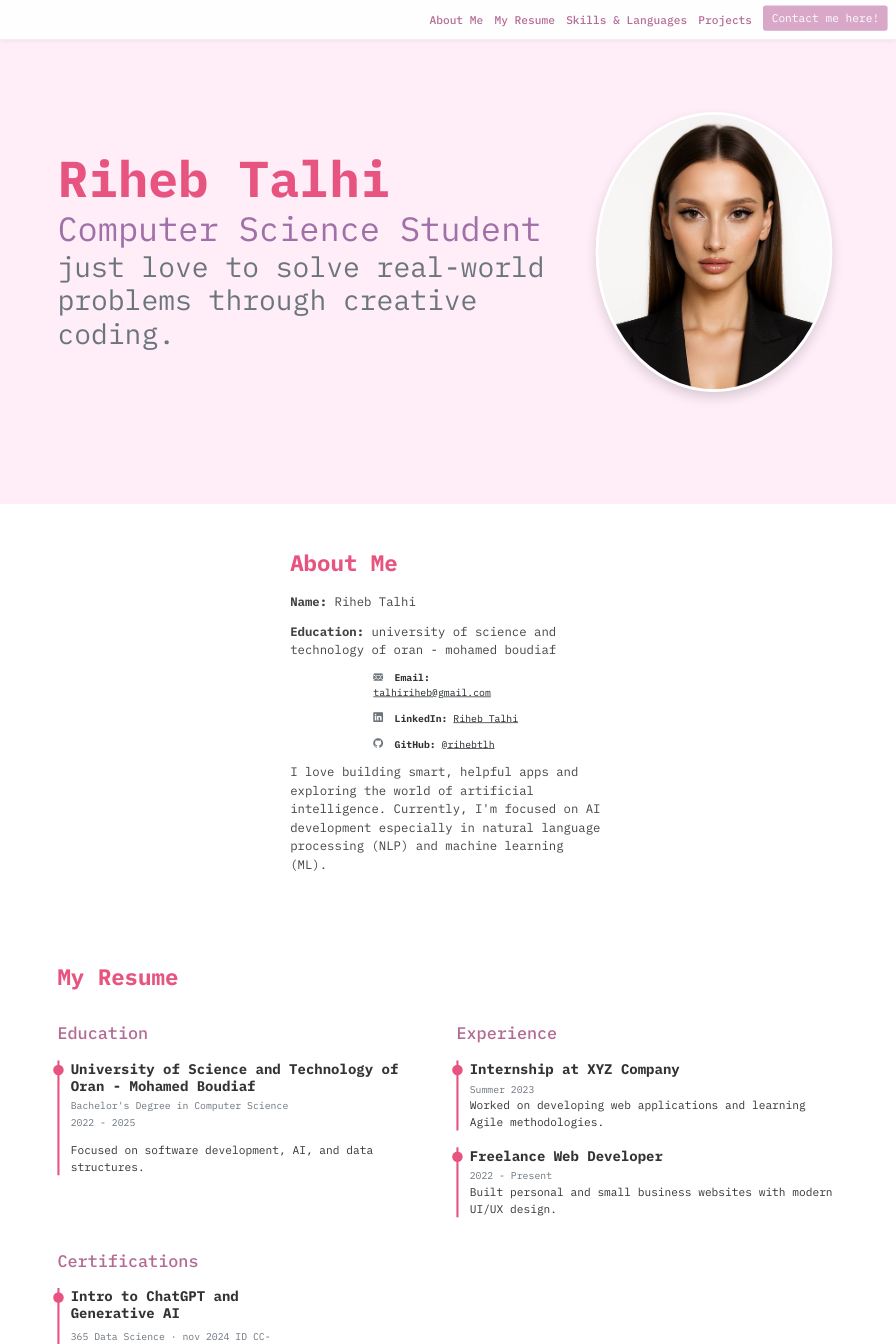
Repository: rihebtlh/portfolio
Page: new.html
The author's editor kept a copy of each file at every save. The page is drawn from the files as they stood at one save, then again after a run of saves.
The browser window is 1280 px wide. The pictures show the part of the page from y = 0 to 1920 px (the page is 4337 px tall before and 4545 px after), at 70% of full size.

Above is the page before, as saved 2025-07-02 17:42:56.

### new.html
<!DOCTYPE html>
<html lang="en">
<head>
  <meta charset="UTF-8" />
  <meta name="viewport" content="width=device-width, initial-scale=1.0" />
  <title>Riheb Talhi Portfolio</title>
  <link href="https://cdn.jsdelivr.net/npm/bootstrap@5.0.2/dist/css/bootstrap.min.css" rel="stylesheet" />
  <script src="https://cdn.jsdelivr.net/npm/bootstrap@5.0.2/dist/js/bootstrap.bundle.min.js"></script>
  <link rel="stylesheet" href="https://cdn.jsdelivr.net/npm/bootstrap-icons@1.10.5/font/bootstrap-icons.css">
  <link href="https://fonts.googleapis.com/css2?family=IBM+Plex+Mono:wght@400;500;700&display=swap" rel="stylesheet">

  <style>
    body {
      font-family: 'IBM Plex Mono', monospace;
      color: #333;
      background: #fff;
    }

    .navbar {
      background: rgba(255, 255, 255, 0.9);
      box-shadow: 0 4px 6px rgba(0, 0, 0, 0.05);
    }

    .navbar-nav .nav-link {
      color: #b36b94 !important;
      font-weight: 500;
    }

    .navbar-nav .nav-link:hover {
      color: #e75480 !important;
    }

    .btn-secondary {
      background-color: #d9a7c7;
      border: none;
    }

    .btn-secondary:hover {
      background-color: #e2b8d3;
    }

    h1, h2 {
      font-weight: 700;
    }

    .display-2 {
      color: #e75480;
    }

    .display-5 {
      color: #a070a8;
    }

    section {
      padding: 4rem 0;
    }

    .head {
      background-color: #ffeef8;
    }

    .about {
      background-color: #ffffff;
    }

    .about h2 {
      color: #e75480;
    }

    .about p {
      font-size: 1.1rem;
      color: #444;
      max-width: 800px;
    }

    img.rounded-circle {
      border: 4px solid #fff;
    }
    /* Simple timeline style */
  .timeline-item {
    border-left: 3px solid #e75480;
    padding-left: 1rem;
    position: relative;
  }
  .timeline-item::before {
    content: '';
    position: absolute;
    left: -9px;
    top: 0.4rem;
    width: 15px;
    height: 15px;
    background: #e75480;
    border-radius: 50%;
  }
  /* Fade-up effect */
    .fade-up {
      opacity: 0;
      transform: translateY(40px);
      transition: all 0.6s ease-in-out;
    }

    .fade-up.show {
      opacity: 1;
      transform: translateY(0);
    }

    /* Slide-in from left for the name */
    .slide-left {
      opacity: 0;
      transform: translateX(-100px);
      animation: slideLeft 1s ease-out forwards;
    }

    .btn-secondary:hover {
      background-color: #e2b8d3;
      transform: scale(1.03);
      transition: transform 0.2s ease-in-out;
    }

    @keyframes slideLeft {
      to {
        opacity: 1;
        transform: translateX(0);
      }
    }
    .floating {
      animation: float 3s ease-in-out infinite;
    }

    @keyframes float {
      0% { transform: translateY(0); }
      50% { transform: translateY(-10px); }
      100% { transform: translateY(0); }
    }


  </style>
</head>
<body>
  <!-- Navbar -->
  <nav class="navbar navbar-expand-md navbar-light fixed-top">
    <div class="container-xxl">
      <button class="navbar-toggler" type="button" data-bs-toggle="collapse" data-bs-target="#main-nav"
        aria-controls="main-nav" aria-expanded="false" aria-label="Toggle navigation">
        <span class="navbar-toggler-icon"></span>
      </button>

      <div class="collapse navbar-collapse justify-content-end align-items-center" id="main-nav">
        <ul class="navbar-nav">
          <li class="nav-item"><a class="nav-link" href="#about">About Me</a></li>
          <li class="nav-item"><a class="nav-link" href="#resume">My Resume</a></li>
          <li class="nav-item"><a class="nav-link" href="#skills">Skills & Languages</a></li>
          <li class="nav-item"><a class="nav-link" href="#projects">Projects</a></li>
          <li class="nav-item ms-2 d-none d-md-inline">
            <a class="btn btn-secondary" href="#contact">Contact me here!</a>
          </li>
        </ul>
      </div>
    </div>
  </nav>

  <!-- Hero Section -->
    <section class="head d-flex align-items-center fade-up" style="min-height: 100vh;" id="home">
    <div class="container-lg">
        <div class="row justify-content-center align-items-center">
        <div class="col-md-8 text-start">
            <h1>
            <div class="display-2 fw-bold slide-left">Riheb Talhi</div>
            <div class="display-5">Computer Science Student</div>
            <div class="display-6 text-muted">just love to solve real-world problems through creative coding.</div>
            </h1>
        </div>
        <div class="col-md-4 text-center d-none d-md-block">
            <span class="tt" data-bs-placement="bottom" title="pic">
            <img src="/assets/pic.jpg" alt="Your photo" class="img-fluid rounded-circle shadow" style="max-height: 400px;">
            </span>
        </div>
        </div>
    </div>
    </section>


  <!-- About Me Section (White) -->
  <section class="about fade-up" id="about">
    <div class="container-lg">
      <div class="row justify-content-center">
        <div class="col-md-5">
          <h2 class="mb-4">About Me</h2>
          <p><strong>Name:</strong> Riheb Talhi</p>
          <p><strong>Education:</strong> university of science and technology of oran - mohamed boudiaf</p>
          <div class="row justify-content-center">
            <div class="col-md-6">
              <ul class="list-unstyled small text-start mx-auto" style="max-width: 400px;">
                <li class="mb-3">
                  <i class="bi bi-envelope-heart-fill text-secondary me-2"></i>
                  <strong>Email:</strong> <a href="mailto:talhiriheb@gmail.com" class="text-dark">talhiriheb@gmail.com</a>
                </li>
                <li class="mb-3">
                  <i class="bi bi-linkedin text-secondary me-2"></i>
                  <strong>LinkedIn:</strong> <a href="https://www.linkedin.com/in/riheb-talhi-bab320293" target="_blank" class="text-dark">Riheb Talhi</a>
                </li>
                <li class="mb-3">
                  <i class="bi bi-github text-secondary me-2"></i>
                  <strong>GitHub:</strong> <a href="https://github.com/rihebtlh" target="_blank" class="text-dark">@rihebtlh</a>
                </li>
              </ul>
            </div>
          </div>
          <p>
            I love building smart, helpful apps and exploring the world of artificial intelligence.
            Currently, I'm focused on AI development especially in natural language processing (NLP) and machine learning (ML).
          </p>

        </div>
      </div>
    </div>
  </section>
  <!-- Resume Section -->
    <section id="resume" class="py-5 fade-up" style="background:#fff;">
        <div class="container-lg">
            <h2 class="mb-5" style="color:#e75480;">My Resume</h2>
            <div class="row">

            <!-- Education -->
            <div class="col-md-6 mb-4">
                <h4 class="mb-4" style="color:#b36b94;">Education</h4>
                <div class="timeline">
                <div class="timeline-item mb-4">
                    <h5 class="mb-1 fw-bold">University of Science and Technology of Oran - Mohamed Boudiaf</h5>
                    <p class="text-muted mb-0"><small>Bachelor's Degree in Computer Science</small></p>
                    <p class="text-muted"><small>2022 - 2025</small></p>
                    <p>Focused on software development, AI, and data structures.</p>
                </div>
                <!-- Add more education here if needed -->
                </div>
            </div>

            <!-- Experience -->
            <div class="col-md-6 mb-4">
                <h4 class="mb-4" style="color:#b36b94;">Experience</h4>
                <div class="timeline">
                <div class="timeline-item mb-4">
                    <h5 class="mb-1 fw-bold">Internship at XYZ Company</h5>
                    <p class="text-muted mb-0"><small>Summer 2023</small></p>
                    <p>Worked on developing web applications and learning Agile methodologies.</p>
                </div>
                <div class="timeline-item mb-4">
                    <h5 class="mb-1 fw-bold">Freelance Web Developer</h5>
                    <p class="text-muted mb-0"><small>2022 - Present</small></p>
                    <p>Built personal and small business websites with modern UI/UX design.</p>
                </div>
                <!-- Add more experience as needed -->
                </div>
            </div>
            </div>
            <!-- Certifications -->
            <div class="col-md-4 mb-4">
                <h4 class="mb-4" style="color:#b36b94;">Certifications</h4>
                <div class="timeline">
                <div class="timeline-item mb-4">
                    <h5 class="fw-bold">Intro to ChatGPT and Generative AI</h5>
                    <p class="text-muted"><small>365 Data Science · nov 2024 ID CC-41B1262EA4</small></p>
                    <p>Gained foundational knowledge of ChatGPT, generative AI concepts, prompt engineering, and ethical AI use.</p>
                </div>
                <div class="timeline-item mb-4">
                    <h5 class="fw-bold">AI For Everyone</h5>
                    <p class="text-muted"><small>Coursera · 2023</small></p>
                    <p>Introduction to AI principles and how AI is used in real-world systems.</p>
                </div>
                </div>
            </div>
        </div>
    </section>
    <!-- Skills & Languages Section -->
    <section id="skills" class="py-5 fade-up" style="background-color: #ffeef8;">
    <div class="container-lg text-center">
        <h2 class="mb-5" style="color: #e75480;">Skills & Languages</h2>

        <div class="row justify-content-center">
        <!-- Skills -->
        <div class="col-md-5 mb-4">
            <h4 class="mb-3" style="color: #b36b94;">Skills</h4>
            <ul class="list-unstyled small text-start mx-auto" style="max-width: 300px;">
            <li class="mb-2"><strong>HTML / CSS</strong></li>
            <li class="mb-2"><strong>JavaScript</strong></li>
            <li class="mb-2"><strong>Bootstrap</strong></li>
            <li class="mb-2"><strong>Python</strong></li>
            <li class="mb-2"><strong>C</strong></li>
            <li class="mb-2"><strong>Java</strong></li>
            <li class="mb-2"><strong>Machine Learning (Scikit-learn, Pandas)</strong></li>
            <li class="mb-2"><strong>Flutter & Dart</strong></li>
            <li class="mb-2"><strong>Git / GitHub</strong></li>
            </ul>
        </div>

        <!-- Languages -->
        <div class="col-md-5 mb-4">
            <h4 class="mb-3" style="color: #b36b94;">Languages</h4>
            <ul class="list-unstyled small text-start mx-auto" style="max-width: 300px;">
            <li class="mb-2"><strong>Arabic</strong> — Native</li>
            <li class="mb-2"><strong>French</strong> — Fluent</li>
            <li class="mb-2"><strong>English</strong> — Fluent</li>
            </ul>
        </div>
        </div>
    </div>
    </section>
    <!-- Projects Section -->
    <section id="projects" class="py-5 fade-up" style="background-color: #fff;">
      <div class="container-lg">
        <h2 class="mb-5 text-center" style="color: #e75480;">Projects</h2>

        <div class="row justify-content-center g-4">
          <div class="col-md-3">
            <div class="p-4 border rounded-4 h-100" style="border-color: #ffd6e8; background-color: #fff;">
              <img src="assets/Group.png" alt="Pookie App Preview" class="img-fluid rounded mb-3" style="max-height: 300px; width: 100%; object-fit: cover;">
              <h5 class="fw-bold" style="color: #b36b94;">Pookie – AI Learning App for Kids - 2025</h5>
              <p class="text-muted small mb-2">
                A fun and interactive mobile app that helps kids learn using AI tools like chatbots, voice recognition, grammar correction, and cute quizzes.
              </p>
              <p class="mb-2 small"><strong>Technologies:</strong> Flutter, Gemini API, Hugging Face, Firebase</p>
              <a href="#" target="_blank" class="btn btn-sm btn-secondary">View more!</a>
            </div>
          </div>

          <!-- Project 1 -->
          <div class="col-md-3">
            <div class="p-4 border rounded-4 h-100" style="border-color: #ffd6e8; background-color: #fff;">
              <!-- Project Image -->
              <img src="assets/catLogo.webp" alt="Catty Website Preview" class="img-fluid rounded mb-2">
              <!-- Project Content -->
              <h5 class="fw-bold" style="color: #b36b94;">Catty – Cat Adoption Website -2025</h5>
              <p class="text-muted small mb-2"><strong>A cute and responsive cat adoption website</strong> that lets users discover and adopt cats, explore breeds like Siamese, Maine Coon, and Russian Blue, and shop for essential cat items.</p>
              <p class="mb-2"><strong>Technologies:</strong> HTML, CSS, Bootstrap</p>
              <a href="https://github.com/rihebtlh/catty-storefront" target="_blank" class="btn btn-sm btn-secondary">GitHub</a>
            </div>
          </div>
          <!-- Project 2 -->
          <div class="col-md-3">
            <div class="p-4 border rounded-4 h-100" style="border-color: #ffd6e8;">
              <h5 class="fw-bold" style="color: #b36b94;">SNAKE Language Compiler – 2024</h5>
              <p class="text-muted small mb-2"><strong>Developed a compiler for the SNAKE programming language, incorporating:</strong></p>
              <p class="text-muted small mb-2">
                <ul>
                  <li>Lexical, syntactic, and semantic analysis to process source code.</li>
                  <li>Robust error detection for syntax errors, type mismatches, and undeclared variables.</li>
                  <li>A graphical user interface that allows users to load .snk files and perform different analyses interactively.</li>
                </ul>
              </p>
              <p class="mb-2"><strong>Technologies:</strong> Flex & Bison, Java, and Java Swing</p>
              <a href="https://github.com/rihebtlh/Compilation" target="_blank" class="btn btn-sm btn-secondary">GitHub</a>
            </div>
          </div>
          <!-- Project 3 -->
          <div class="col-md-3">
            <div class="p-4 border rounded-4 h-100" style="border-color: #ffd6e8;">
              <h5 class="fw-bold" style="color: #b36b94;">Health Monitoring Application – 2024</h5>
              <p class="text-muted small mb-2"><strong>Developed an interactive health monitoring application with distinct roles:</strong></p>
              <p class="text-muted small mb-2">
                <ul>
                  <li>Patients can track vital parameters such as weight, temperature, blood pressure, and blood sugar levels.</li>
                  <li>Doctors can view patient data through detailed charts 📊 and tables for better health analysis.</li>
                  <li>Administrators manage user accounts and maintain system operations.</li>
                </ul>
                <p>
                  The application features a user-friendly graphical interface built with Java Swing,
                  dynamic charting and data visualization using JFreeChart,
                  and real-time communication between users powered by XMPP.
                </p></p>
              <p class="mb-2"><strong>Technologies:</strong> Java, Java Swing, JFreeChart, XMPP</p>
              <a href="https://github.com/rihebtlh/health" target="_blank" class="btn btn-sm btn-secondary">GitHub</a>
            </div>
          </div>
        </div>
      </div>
    </section>
    <!-- Contact Section -->
    <section id="contact" class="py-5" style="background-color: #ffeef8;">
      <div class="container-lg text-center">
        <h2 class="mb-4" style="color: #e75480;">Let's Get in Touch!</h2>
        <p class="mb-4 text-muted">I'm always open to new opportunities, collaborations, or just a friendly chat 💌</p>
        <!-- Contact -->
        <div class="row justify-content-center">
          <div class="col-md-6">
            <a href="mailto:talhiriheb@gmail.com" class="btn btn-secondary mt-3">Send me a message</a>
          </div>
        </div>
      </div>
    </section>
  <!-- Tooltip Init -->
  <script>
    const tooltips = document.querySelectorAll('.tt');
    tooltips.forEach(t => {
      new bootstrap.Tooltip(t);
    });

  // Fade-up on scroll
  const fadeElems = document.querySelectorAll('.fade-up');
  const showOnScroll = () => {
    fadeElems.forEach(el => {
      const rect = el.getBoundingClientRect();
      if (rect.top < window.innerHeight - 100) {
        el.classList.add('show');
      }
    });
  };
  window.addEventListener('scroll', showOnScroll);
  window.addEventListener('load', showOnScroll);
  </script>


</body>
</html>

After the next 2 saves:
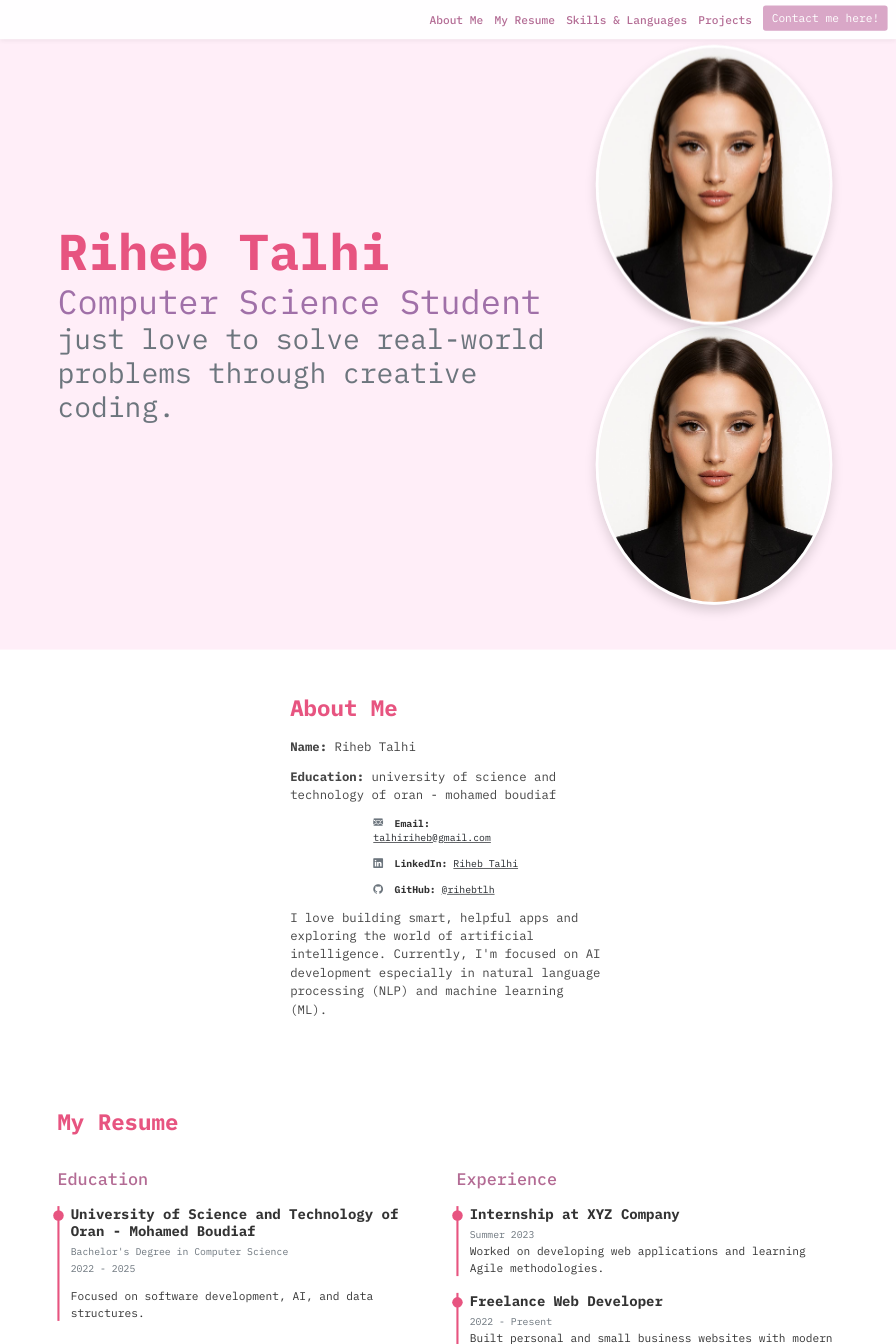
The 2 saves are shown as one change because they came seconds apart.
The last was saved 29 s later.
--- a/new.html
+++ b/new.html
@@ -171,7 +171,7 @@
             </h1>
         </div>
         <div class="col-md-4 text-center d-none d-md-block">
-            <span class="tt" data-bs-placement="bottom" title="pic">
+            <span class="tt" data-bs-placement="bottom" title="pic"><img src="/assets/pic.jpg" alt="Your photo" class="img-fluid rounded-circle shadow floating" style="max-height: 400px;">
             <img src="/assets/pic.jpg" alt="Your photo" class="img-fluid rounded-circle shadow" style="max-height: 400px;">
             </span>
         </div>

After the 2 saves that followed:
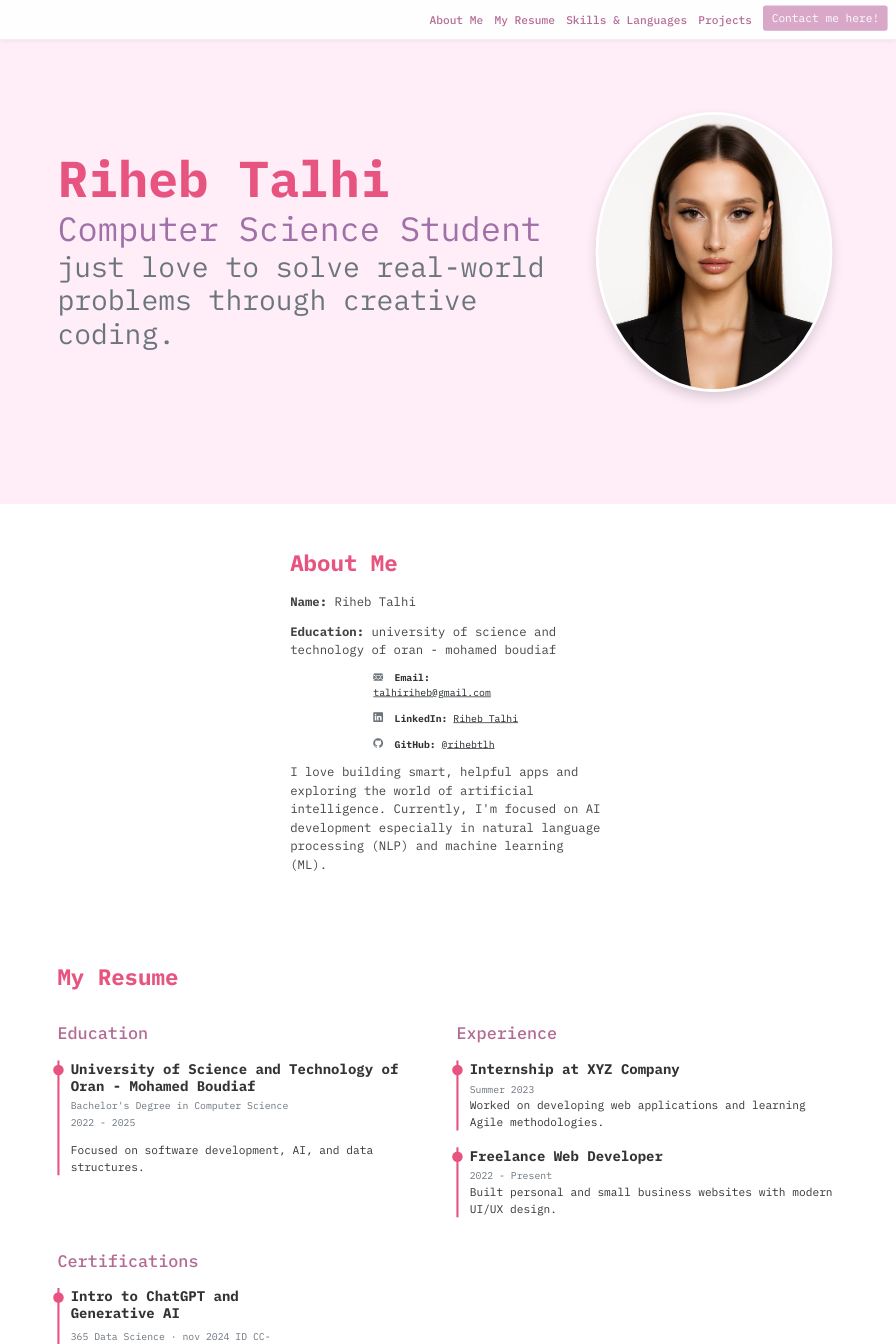
The 2 saves are shown as one change because they came seconds apart.
The last was saved 22 s later.
--- a/new.html
+++ b/new.html
@@ -171,7 +171,6 @@
             </h1>
         </div>
         <div class="col-md-4 text-center d-none d-md-block">
-            <span class="tt" data-bs-placement="bottom" title="pic"><img src="/assets/pic.jpg" alt="Your photo" class="img-fluid rounded-circle shadow floating" style="max-height: 400px;">
             <img src="/assets/pic.jpg" alt="Your photo" class="img-fluid rounded-circle shadow" style="max-height: 400px;">
             </span>
         </div>
